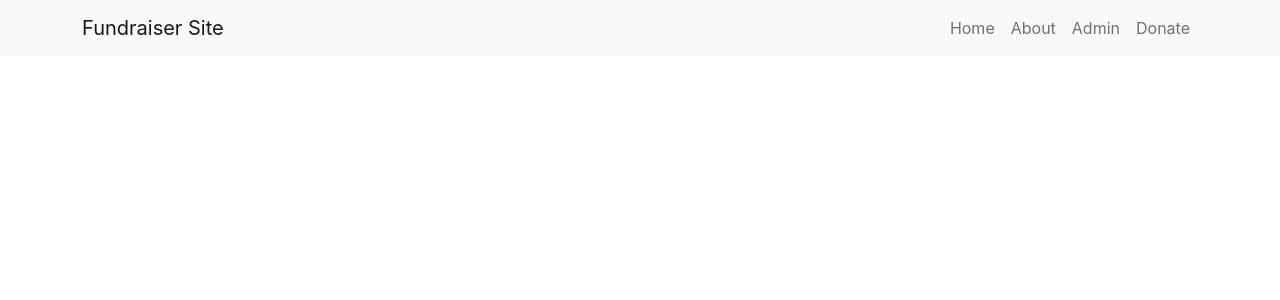
Repository: DragonFruit8/Fundraiser-Page
Page: /
These files come from the project's save history. The page is drawn as it stood at one moment and after the next save; the edit follows.
The browser window is 1280 px wide. The pictures show the whole page.
The project was rebuilt for these pictures with package versions that can differ from the ones it lists, and the page was loaded fresh each time. Also part of the build but not shown: src/pages/Home.js, src/pages/About.js, src/pages/Donate.js, src/pages/Admin.js.

Above is the page before, as saved 2024-07-19 12:30:54.

After the next save:
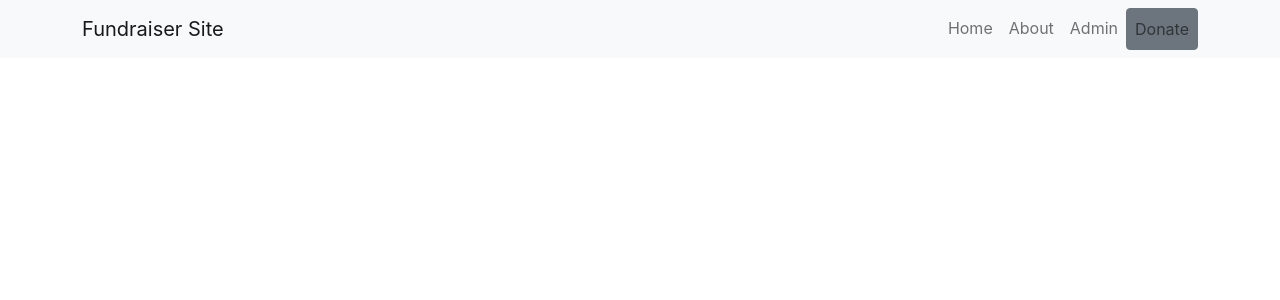
Saved 13 s later.
--- a/src/components/Navbar.js
+++ b/src/components/Navbar.js
@@ -21,7 +21,7 @@ const Navbar = () => {
                             <Link className="nav-link" to="/admin">Admin</Link>
                         </li>
                         <li className="nav-item">
-                            <Link className="nav-link" to="/donate">Donate</Link>
+                            <Link className="nav-link btn btn-secondary" to="/donate">Donate</Link>
                         </li>
                     </ul>
                 </div>
